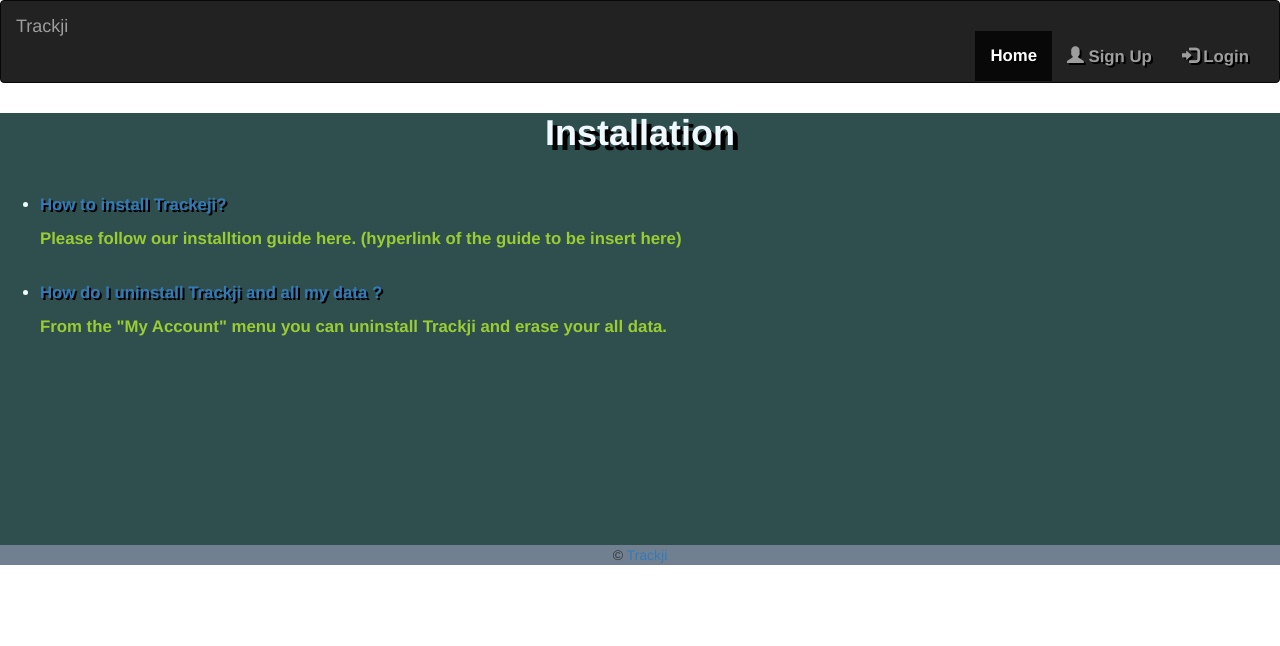
Repository: prathmeshgodbole/Web_Development
Page: Mobile_tracker/Installation.html
The author's editor kept a copy of each file at every save. The page is drawn from the files as they stood at one save, then again after the next save.
The browser window is 1280 px wide. The pictures show the whole page.

Above is the page before, as saved 2020-03-08 18:32:29.

After the next save:
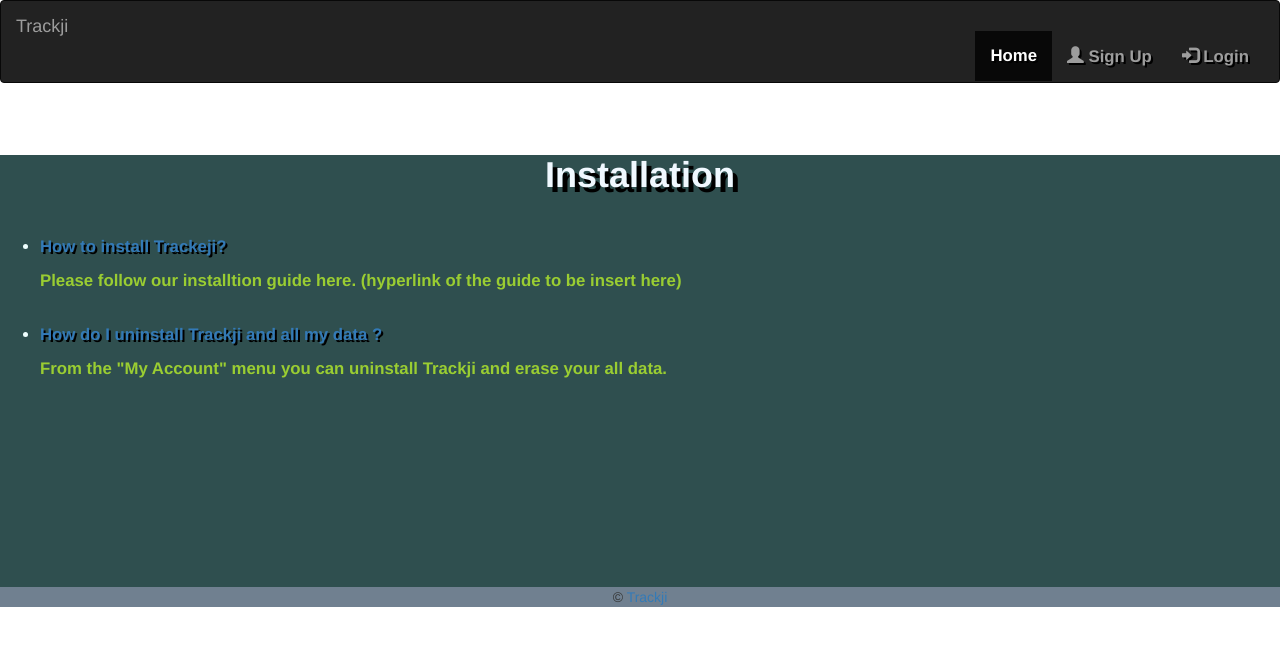
Saved 10 s later.
--- a/Mobile_tracker/css/installation.css
+++ b/Mobile_tracker/css/installation.css
@@ -9,7 +9,7 @@
 }
 
 .section h1 {
-    margin-top: 30px;
+    margin-top: 10vh;
     color: aliceblue;
     text-shadow: black 5px 5px;
     font-weight: bold;

After the 2 saves that followed:
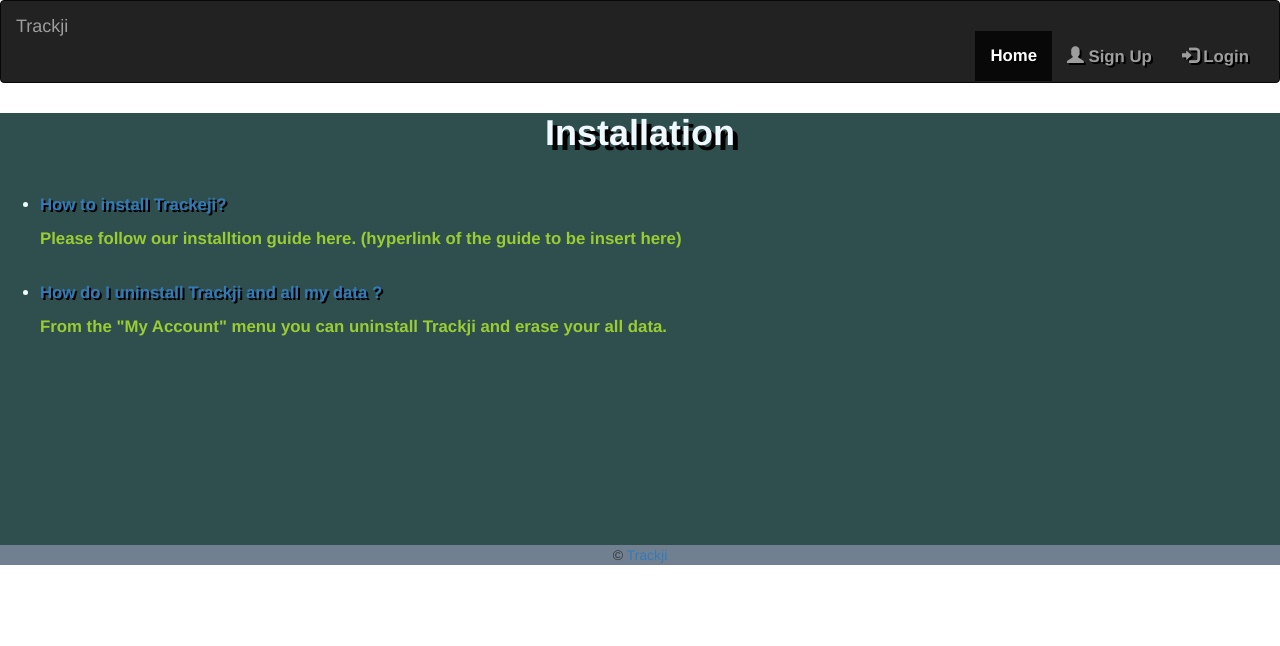
The 2 saves are shown as one change because 1 left the picture as it was.
The last was saved 22 s later.
--- a/Mobile_tracker/css/installation.css
+++ b/Mobile_tracker/css/installation.css
@@ -9,7 +9,7 @@
 }
 
 .section h1 {
-    margin-top: 10vh;
+    margin-top: 30px;
     color: aliceblue;
     text-shadow: black 5px 5px;
     font-weight: bold;
